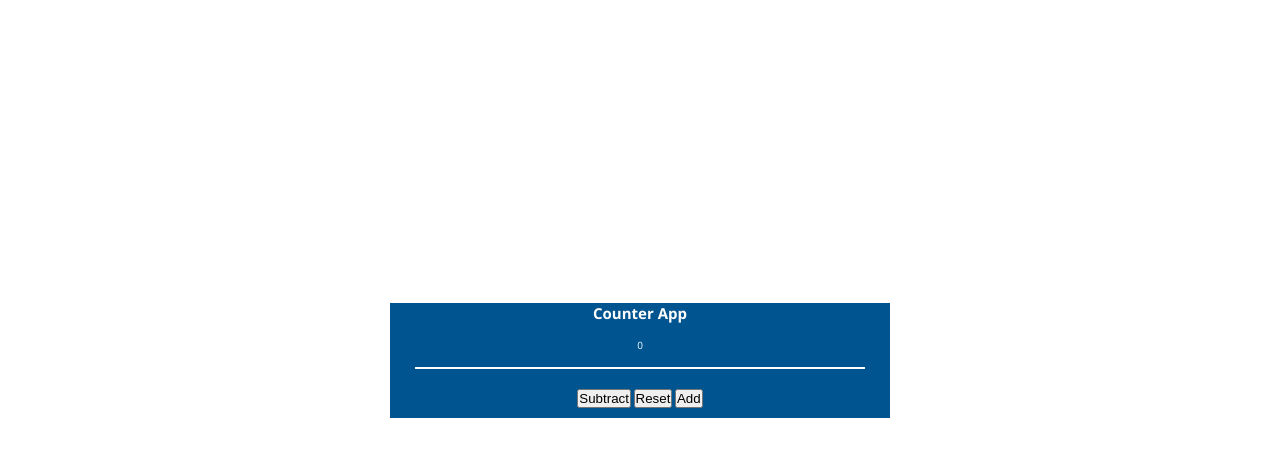
Repository: fakebrianho/100daysJS
Page: day001/index.html
These files come from the project's save history. The page is drawn as it stood at one moment and after the next save; the edit follows.
The browser window is 1280 px wide. The pictures show the whole page.
Some web libraries are served in a nearby version.

Above is the page before, as saved 2023-03-21 15:10:14.

After the next save:
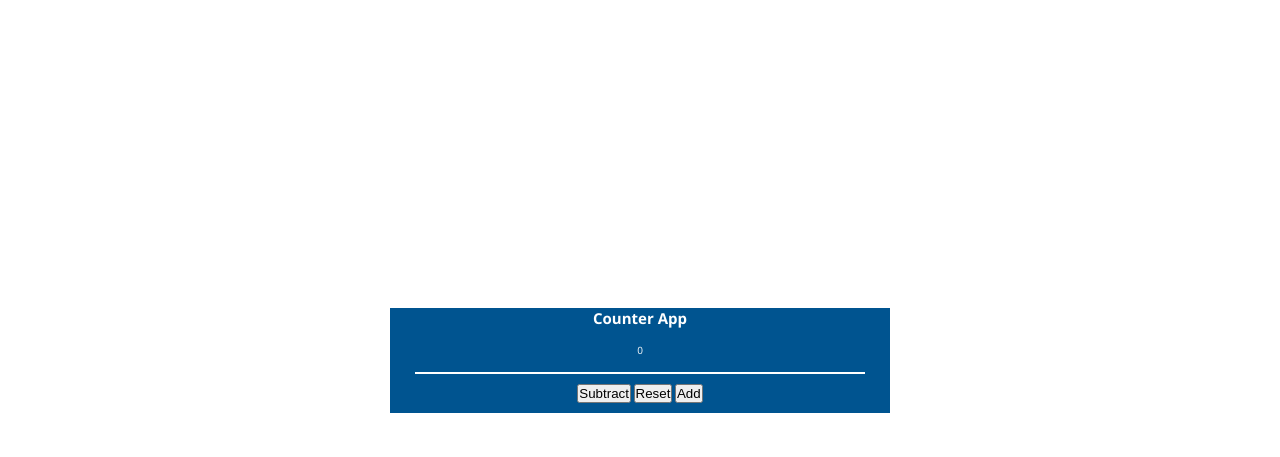
Saved 22 s later.
--- a/day001/styles.css
+++ b/day001/styles.css
@@ -66,7 +66,8 @@ img {
 	width: 90%;
 	/* padding: 2px 0px; */
 	/* margin: 3px; */
-	margin: 10px 3px;
+	margin: 0px 3px;
+	margin-top: 10px;
 	background-color: white;
 }
 footer {
